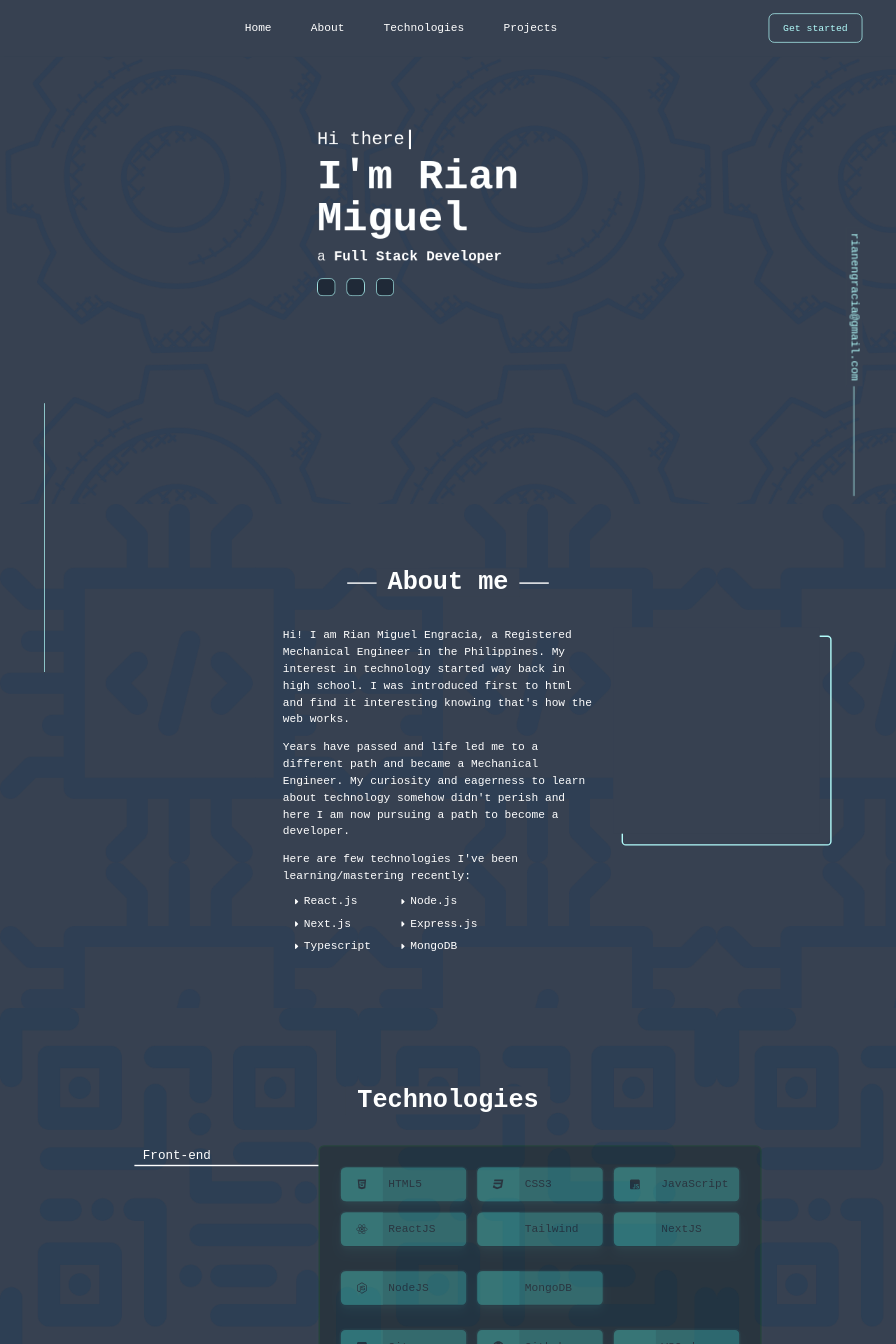
Repository: riandev25/nextjs-portfolio
Page: /
An editor plug-in stored every save of this project. The page is shown before and after the next save, followed by the edit.
The browser window is 1280 px wide. The pictures show the part of the page from y = 0 to 1920 px (the page is 2880 px tall), at 70% of full size.
Backgrounds fixed to the window are drawn as part of the page. The project was rebuilt for these pictures with package versions that can differ from the ones it lists, and the page was loaded fresh each time. The framework's server and built-in components were replaced by stand-ins that run in the browser. Also part of the build but not shown: next.config.js, components/Home/Keyboard/index.module.css, components/Home/Keyboard/index.jsx.

Above is the page before, as saved 2022-11-13 11:27:47.

After the next save:
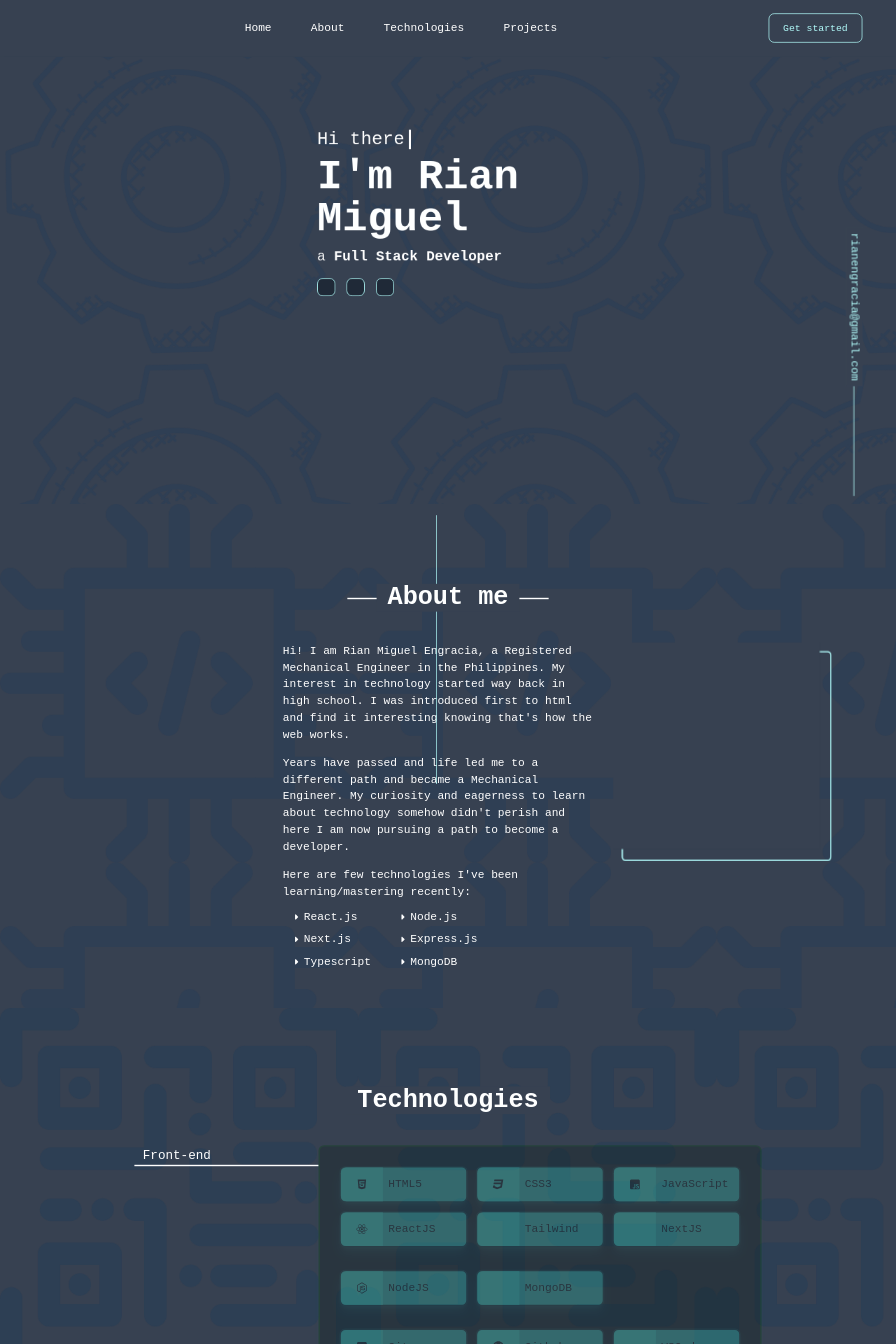
Saved 90 s later.
--- a/components/About/Contacts.jsx
+++ b/components/About/Contacts.jsx
@@ -24,7 +24,7 @@
 
 const Contacts = () => {
   return (
-    <nav className='fixed bottom-36 left-16 origin-top-left rotate-90'>
+    <nav className='sticky bottom-36 left-16 origin-top-left rotate-90'>
       <ul className='flex justify-center items-center relative gap-4'>
         {CONTACTS.map((item) => {
           return (

After the save that followed:
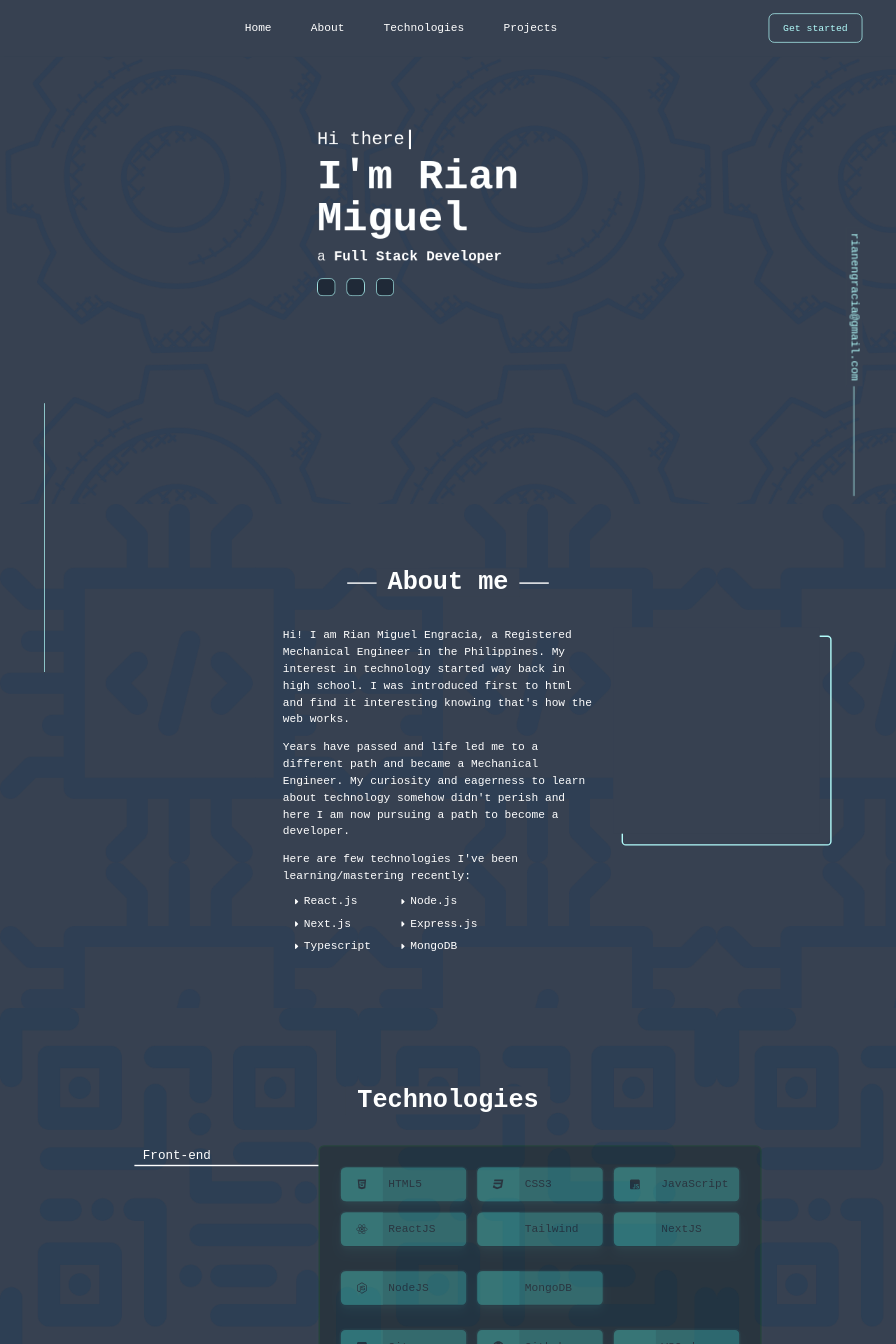
Saved 46 s later.
--- a/components/About/Contacts.jsx
+++ b/components/About/Contacts.jsx
@@ -24,7 +24,7 @@
 
 const Contacts = () => {
   return (
-    <nav className='sticky bottom-36 left-16 origin-top-left rotate-90'>
+    <nav className='fixed bottom-36 left-16 origin-top-left rotate-90'>
       <ul className='flex justify-center items-center relative gap-4'>
         {CONTACTS.map((item) => {
           return (
